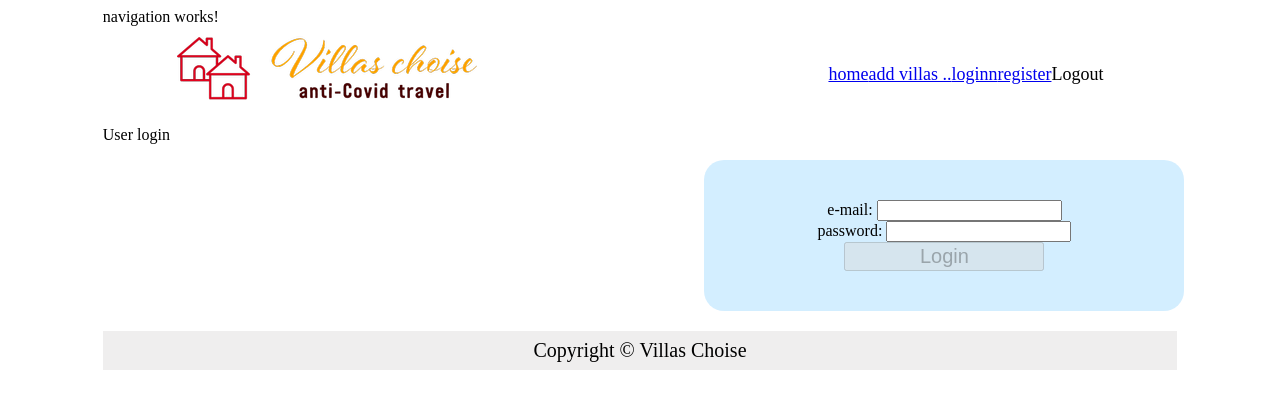
Repository: vsterev/angular-antiCovid-travel
Page: /login (app in covid-travel/)
An editor plug-in stored every save of this project. The page is shown before and after the next save, followed by the edit.
The browser window is 1280 px wide. The pictures show the whole page.
The project was rebuilt for these pictures with package versions that can differ from the ones it lists, and the page was loaded fresh each time. Also part of the build but not shown: covid-travel/angular.json, covid-travel/src/app/villas/details-reservation/details-reservation.component.ts, covid-travel/src/app/villas/villa-book/villa-book.component.ts, covid-travel/src/app/villas/villa-edit/villa-edit.component.ts, covid-travel/src/app/villas/villa.service.ts, covid-travel/src/app/villas/villa-detail/villa-detail.component.ts, covid-travel/src/app/villas/villa-add/villa-add.component.ts, covid-travel/src/app/user/register/register.component.ts and 5 more.

Above is the page before, as saved 2020-11-17 00:50:23.

After the next save:
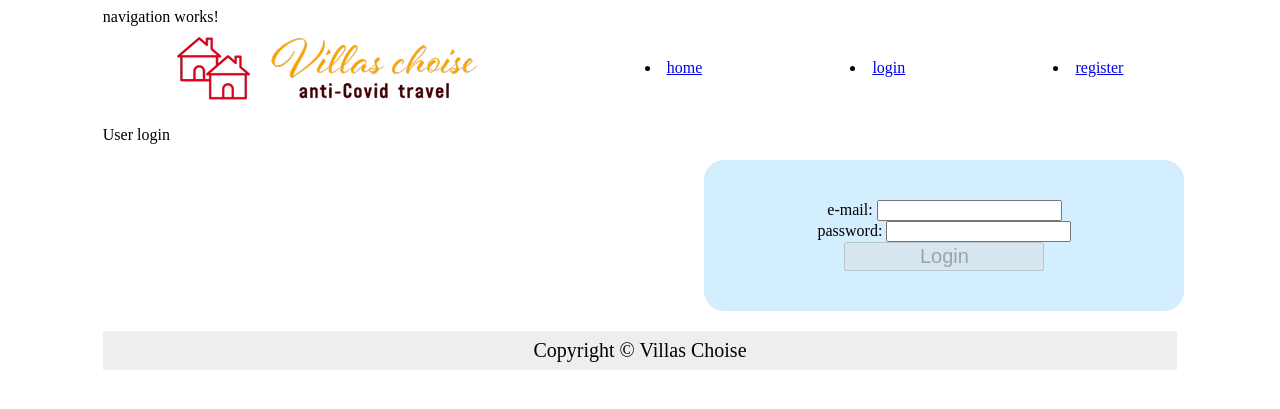
Saved 10 min 3 s later.
--- a/covid-travel/src/app/core/navigation/navigation.component.html
+++ b/covid-travel/src/app/core/navigation/navigation.component.html
@@ -1,14 +1,19 @@
 <p>navigation works!</p>
 <div class="navbar">
   <div class="img-wrapper"><img src="../../../assets/logo.png" alt="" /></div>
-  <ul>
-    <li><a routerLink="/">home</a></li>
+  <ul *ngIf="isLogged; else noLogged">
+    <li><a routerLink="/home-auth">home</a></li>
     <li><a routerLink="/villa/add">add villas ..</a></li>
-    <li><a routerLink="/login">loginn</a></li>
-    <li><a routerLink="/register">register</a></li>
+    <!-- <li><a routerLink="/login">loginn</a></li>
+    <li><a routerLink="/register">register</a></li> -->
     <li>
       <a (click)="logout()">Logout</a>
     </li>
     <li *ngIf="isLogged">user is logged</li>
   </ul>
+  <ng-template #noLogged>
+    <li><a routerLink="/">home</a></li>
+    <li><a routerLink="/login">login</a></li>
+    <li><a routerLink="/register">register</a></li>
+  </ng-template>
 </div>
